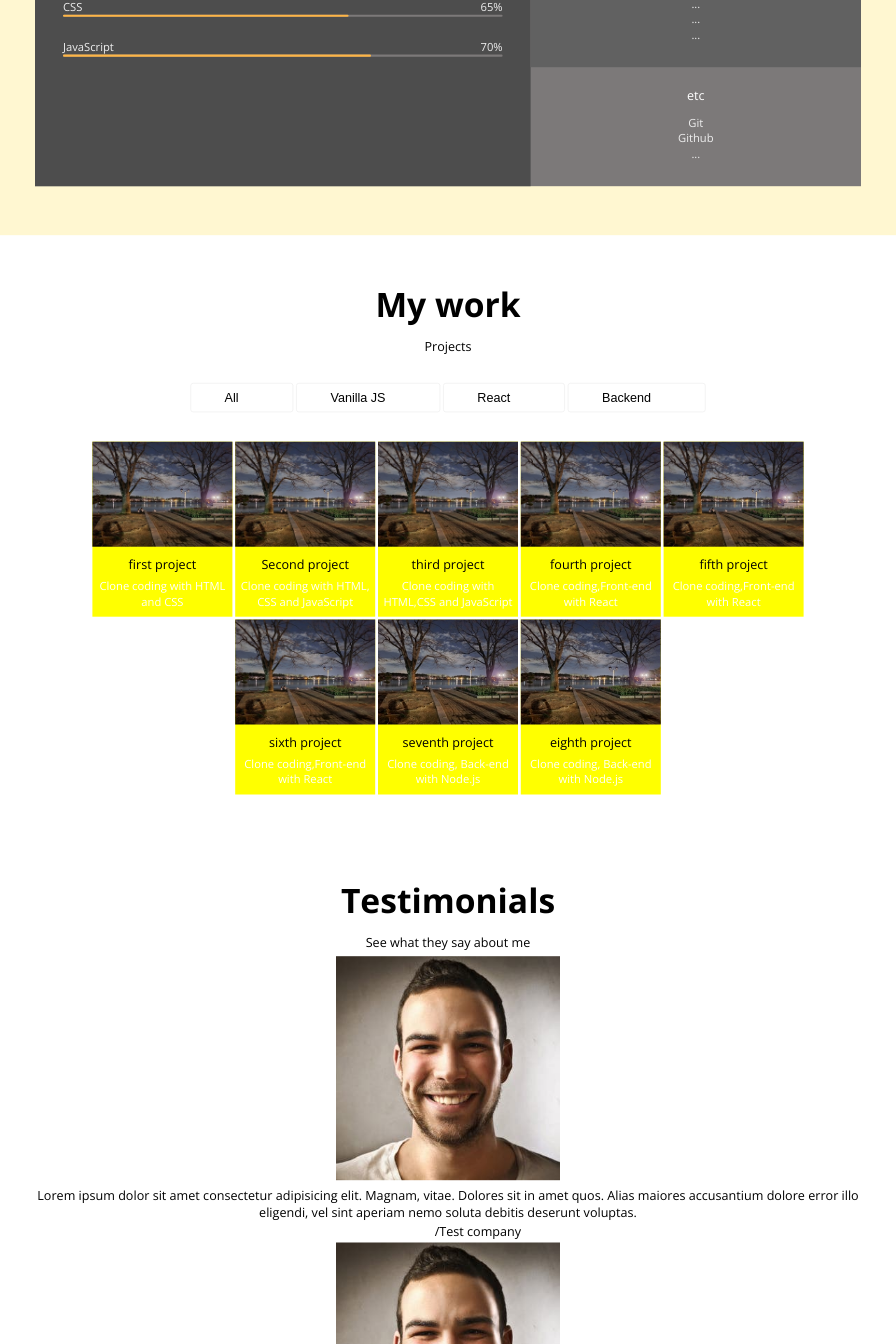
Repository: delphkim/portfolio
Page: index.html
These files come from the project's save history. The page is drawn as it stood at one moment and after the next save; the edit follows.
The browser window is 1280 px wide. The pictures show the part of the page from y = 1930 to 3850 px (the page is 4461 px tall), at 70% of full size.
Some web libraries are served in a nearby version.

Above is the page before, as saved 2021-08-04 15:37:19.

### index.html
<!DOCTYPE html>
<html lang="en">
  <head>
    <meta charset="UTF-8" />
    <meta http-equiv="X-UA-Compatible" content="IE=edge" />
    <meta name="viewport" content="width=device-width, initial-scale=1.0" />
    <title>DevelPhaba's Portfolio</title>
    <meta name="description" content="Portfolio for world-reknowned software engineer develPhaba"/>
    <meta name="author" content="develPhaba" />
    <link rel="icon" type="img/png" href="./imgs/favicon.png">
    <script src="https://kit.fontawesome.com/d2b892ca94.js" crossorigin="anonymous"></script>
    <link rel="preconnect" href="https://fonts.googleapis.com" />
    <link rel="preconnect" href="https://fonts.gstatic.com" crossorigin />
    <link href="https://fonts.googleapis.com/css2?family=Open+Sans:wght@400;600;700&display=swap" rel="stylesheet"/>
    <!-- CSS rules to specify families -->
    <!-- 1. font-family: 'Open Sans', sans-serif;  -->
    <link rel="stylesheet" href="./style.css">
    <script src="./main.js" defer></script>
  </head>
  <body>
    <!-- Navbar -->
    <nav id="navbar">
      <div class="navbar__logo">
        <img class="navbar__icon" src="./imgs/favicon.png" alt="logo">
        <a href="#">develPhaba</a>
      </div>

        <ul class="navbar__menu">
          <li class="navbar__menu__item active">Home</li>
          <li class="navbar__menu__item">About</li>
          <li class="navbar__menu__item">Skills</li>
          <li class="navbar__menu__item">My work</li>
          <li class="navbar__menu__item">Testimonials</li>
          <li class="navbar__menu__item">Contact</li>
        </ul>

    </nav>
    <!-- Home -->
    <section id="home">
      <img src="./imgs/home.jpg"
           alt="develPhabas' profile photo"
           class="home__avatar">
           <h1 class="home__title">Hello, <br>I'm develPhaba</br></h1>
           <h2 class="home__description">Front-end engineer, who wants to be a Full-stack engineer </h2>
           <button class="home__contact">Contact me</button>
    </section>
    <!-- About -->
    <section id="about" class="section section__container">
      <h1>About me</h1>
      <p>I've studied front-end skills.
        <br>After working as a front-end endgineer for several years,
        <br>I want to broaden my skill stack.
      </p>
      <div class="about__majors">
        <div class="major">
          <div class="major__icon">
            <i class="fab fa-html5"></i>
          </div>
          <h2 class="major__title">HTML</>
          <p class="major__description">HTML5</p>
        </div>
        <div class="major">
            <div class="major__icon">
              <i class="fab fa-css3-alt"></i>
            </div>
            <h2 class="major__title">CSS</h2>
            <p class="major__description">CSS3</p>
        </div>
        <div class="major">
          <div class="major__icon">
            <i class="fab fa-js"></i>
          </div>
          <h2 class="major__title">JavaScript</h2>
          <p class="major__description">ES5<br>ES6+</p>
        </div>
      </div>
      <div class="about__schools">
        <div class="school">
          <img src="./imgs/schools/dream-coding.png" alt="dream-coding" class="school__logo">
          <div class="school__description">
             <p class="school__title">Dream-coding Academy</p>
             <p class="school__years">2021.6~</p>
          </div>
        </div>
        <div class="school">
          <img src="./imgs/schools/inflearn.png" alt="inflearn" class="school__logo">
          <div class="school__description">
             <p class="school__title">Inflearn</p>
             <p class="school__years">2021.1~</p>
          </div>
        </div>
      </div>

    </section>
    <!-- Skills -->
     <section id="skills" class="section">
       <div class="section__container">
           <h1>Skills</h1>
  <h2>Skills & Attributes</h2>
  <p>
    Passion for learning new technologies. Capable of working with a team environment
    and independently. Ability to plan and time schedule, work under
    strict time pressure and adapt quickly when needed.
  </p>
  <div class="skillset">
    <div class="skillset__left">
      <h3 class="skillset__title">Skills</h3>
      <div class="skill">
        <div class="skill__description">
          <span>HTML</span>
          <span>60%</span>
        </div>
        <div class="skill__bar">
          <div class="skill__value" style="width: 60%"></div>
        </div>
      </div>
      <div class="skill">
        <div class="skill__description">
          <span>CSS</span>
          <span>65%</span>
        </div>
        <div class="skill__bar">
          <div class="skill__value" style="width: 65%"></div>
        </div>
      </div>
      <div class="skill">
        <div class="skill__description">
          <span>JavaScript</span>
          <span>70%</span>
        </div>
        <div class="skill__bar">
          <div class="skill__value" style="width: 70%"></div>
        </div>
      </div>
    </div>
    <div class="skillset__right">
      <div class="tools">
        <h3 class="skillset__title">tools</h3>
        <ul class="tools__list">
          <li><span>Visual Studio Code</span></li>
          <li><span>...</span></li>
          <li><span>...</span></li>
          <li><span>...</span></li>
          <li><span>...</span></li>
        </ul>
      </div>
      <div class="etc">
        <h3 class="skillset__title">etc</h3>
        <ul class="ect__list">
          <li><span>Git</span></li>
          <li><span>Github</span></li>
          <li><span>...</span></li>
        </ul>
      </div>
    </div>
  </div>
       </div>
    </section>
   <!-- Work -->
    <section id="work" class="section">
      <h1>My work</h1>
      <h3>Projects</h3>
      <div class="work__categories">
        <button class="category__btn">All <span class="category__count">8</span></button>
        <button class="category__btn">Vanilla JS <span class="category__count">3</span></button>
        <button class="category__btn">React <span class="category__count">3</span></button>
        <button class="category__btn">Backend <span class="category__count">2</span></button>
      </div>
      <div class="work__projects">
        <a href="https://github.com/develPhaba/test"
           class="project"
           target="blank">
           <img class="project__img" src="./imgs/projects/1.jpg" alt="one">
           <div class="project__description">
             <h3>first project</h3>
             <span>Clone coding with HTML and CSS</span>
           </div>
        </a>
        <a href="https://github.com/develPhaba/test"
           class="project"
           target="blank">
           <img class="project__img" src="./imgs/projects/2.jpg" alt="two">
           <div class="project__description">
            <h3>Second project</h3>
            <span>Clone coding with HTML, CSS and JavaScript</span>
          </div>
        </a>
        <a href="https://github.com/develPhaba/test"
           class="project"
           target="blank">
           <img class="project__img" src="./imgs/projects/3.jpg" alt="three">
           <div class="project__description">
            <h3>third project</h3>
            <span>Clone coding with HTML,CSS and JavaScript</span>
           </div>
        </a>
        <a href="https://github.com/develPhaba/test"
           class="project"
           target="blank">
          <img class="project__img" src="./imgs/projects/4.jpg" alt="four">
          <div class="project__description">
            <h3>fourth project</h3>
            <span>Clone coding,Front-end with React</span>
          </div>
        </a>
        <a href="https://github.com/develPhaba/test"
           class="project"
           target="blank">
          <img class="project__img" src="./imgs/projects/5.jpg" alt="five">
          <div class="project__description">
            <h3>fifth project</h3>
            <span>Clone coding,Front-end with React</span>
          </div>
        </a>
        <a href="https://github.com/develPhaba/test"
           class="project"
           target="blank">
          <img class="project__img" src="./imgs/projects/6.jpg" alt="six">
          <div class="project__description">
            <h3>sixth project</h3>
            <span>Clone coding,Front-end with React</span>
          </div>
        </a>
        <a href="https://github.com/develPhaba/test"
           class="project"
           target="blank">
           <img class="project__img" src="./imgs/projects/7.jpg" alt="seven">
           <div class="project__description">
            <h3>seventh project</h3>
            <span>Clone coding, Back-end with Node.js</span>
           </div>
        </a>
        <a href="https://github.com/develPhaba/test"
           class="project"
           target="blank">
           <img class="project__img" src="./imgs/projects/8.jpg" alt="eight">
           <div class="project__description">
            <h3>eighth project</h3>
            <span>Clone coding, Back-end with Node.js</span>
           </div>
        </a>
      </div>
    </section>
    <!-- Testimonials -->
    <section id="testimonials" class="section">
      <h1>Testimonials</h1>
      <h3>See what they say about me</h3>
      <div class="testimonials">
        <div class="testimonial">
          <img src="./imgs/testimonial/people1.jpg"
               alt="people"
               class="testimonial__avatar">
               <div class="testimonial__speech-bubble">
                 <p>Lorem ipsum dolor sit amet consectetur adipisicing elit. Magnam, vitae.
                   Dolores sit in amet quos. Alias maiores accusantium dolore error illo eligendi,
                   vel sint aperiam nemo soluta debitis deserunt voluptas.</p>
                   <p class="name"><a href="https://github.com/develPhaba/test">TestName</a>/Test company</p>
               </div>
        </div>
        <div class="testimonial">
          <img src="./imgs/testimonial/people2.jpg"
               alt="people"
               class="testimonial__avatar">
               <div class="testimonial__speech-bubble">
                <p>Lorem ipsum dolor sit amet consectetur adipisicing elit. Magnam, vitae.
                  Dolores sit in amet quos. Alias maiores accusantium dolore error illo eligendi,
                  vel sint aperiam nemo soluta debitis deserunt voluptas.</p>
                <p class="name"><a href="https://github.com/develPhaba/test">TestName2</a>/Test company2</p>
              </div>
        </div>
      </div>
    </section>
    <!-- Contact -->
    <section id="contact" class="section">
      <h1 class="contact__title">Let's talk</h1>
      <h2 class="contact__email">hgkim9201@gmail.com</h2>
      <div class="contact__links">
      <a href="https://github.com/develPhaba">
        <i class="fa fa-github"></i>
      </a>
      <a href="">
      <i class="fa fa-linkedin-square"></i>
      </a>
      </div>
      <p class="contact__rights">Dreaming-coding Ellie -All rights reserved</p>
    </section>
  </body>
</html>

### style.css
:root {
  /* Color */
  --color-white: #ffffff;
  --color-light-white: #eeeeee;
  --color-dark-white: #bdbdbd;
  --color-pink: #fe918d;
  --color-dark-pink: #ff6863;
  --color-dark-grey: #4d4d4d;
  --color-grey: #616161;
  --color-light-grey: #7c7979;
  --color-blue: #73aace;
  --color-yellow: #fff7d1;
  --color-orange: #feb546;
  --color-black: #000000;
  --color-green: #80deea;
  --color-light-green: #00e1ff;
  --color-sky-blue: #2979ff;
  --color-dark-blue: rgb(31, 94, 204);
  /* Font size */
  --font-large: 48px;
  --font-medium: 28px;
  --font-regular: 18px;
  --font-small: 16px;
  --font-micro: 14px;
  /* Font weight */
  --weight-bold: 700;
  --weight-semi-bold: 600;
  --weight-regular: 400;
  /* Size */
  --size-border-radius: 4px;
  /*Animation*/
  --animation-duration: 300ms;
}
/* Universal tags */
* {
  box-sizing: border-box;
}
body {
  font-family: "Open Sans", sans-serif;
  margin: 0;
  cursor: default;
}
a {
  text-decoration: none;
  color: var(--color-white);
}
ul {
  list-style: none;
  padding-left: 0;
}
h1 {
  font-size: var(--font-large);
  font-weight: var(--weight-bold);
  color: var(--color-black);
  margin: 16px 0;
}
h2 {
  font-size: var(--font-medium);
  font-weight: var(--weight-semi-bold);
  color: var(--color-black);
  margin: 8px 0;
}
h3 {
  font-size: var(--font-regular);
  font-weight: var(--weight-regular);
  color: var(--color-black);
  margin: 8px 0;
}
p {
  font-size: var(--font-regular);
  font-weight: var(--weight-regular);
  color: var(--color-black);
  margin: 4px 0;
}
button {
  background-color: transparent;
  cursor: pointer;
  border: none;
  outline: none;
}
/* Navbar */
#navbar {
  display: flex;
  justify-content: space-between;
  background-color: var(--color-sky-blue);
  align-items: center;
  color: var(--color-white);
  padding: 16px;
}
.navbar__logo {
  font-size: var(--font-medium);
  font-weight: var(--weight-semi-bold);
}
.navbar__icon {
  width: var(--font-medium);
  height: var(--font-medium);
}
.navbar__menu {
  display: flex;
}
.navbar__menu__item {
  padding: 8px 12px;
  margin: 0 4px;
  cursor: pointer;
  border-radius: var(--size-border-radius);
}
.navbar__menu__item:hover {
  background-color: var(--color-dark-blue);
}
.navbar__menu__item.active {
  border: 1px solid var(--color-white);
}
/*Home*/
#home {
  background: url(./imgs/homepage-background.png) center/cover no-repeat;
  padding: 40px;
  text-align: center;
}
.home__avatar {
  width: 250px;
  height: 250px;
  border-radius: 50%;
  border: 2px solid var(--color-light-white);
}
.home__title,
.home__description {
  color: var(--color-white);
}
.home__contact {
  color: var(--color-white);
  font-size: var(--font-regular);
  font-weight: var(--weight-bold);
  margin: 24px;
  padding: 8px 12px;
  border: 2px solid var(--color-white);
  border-radius: var(--size-border-radius);
}
/* Section common */
.section {
  text-align: center;
  padding: 50px;
  margin: auto;
}
.section__container {
  max-width: 1200px;
  margin: auto;
}
/* About me */
.about__majors {
  display: flex;
  justify-content: space-between;
  margin: 80px 0;
}
.major__icon {
  color: var(--color-dark-blue);
  font-size: 70px;
  width: 170px;
  height: 170px;
  line-height: 170px;
  margin: auto;
  border: 1px solid var(--color-blue);
  border-radius: 50%;
  margin-bottom: 16px;
}
.major__title,
.major__description {
  color: var(--color-dark-grey);
}
.major__description {
  font-size: var(--font-small);
}
.major__icon i {
  transition: all var(--animation-duration) ease;
}
.major__icon:hover i {
  transform: rotate(-30deg) scale(1.1);
  color: var(--color-dark-pink);
}
.school {
  display: flex;
  align-items: center;
}
.school__description {
  margin: 0 16px;
  text-align: left;
}
.school__title,
.school__years {
  color: var(--color-dark-grey);
}

.school__title {
  font-size: var(--font-small);
}
.school__years {
  font-size: var(--font-micro);
}
/* Skills */
#skills {
  background-color: var(--color-yellow);
}
.skillset {
  display: flex;
  background-color: var(--color-light-grey);
  color: var(--color-light-white);
  margin: 20px 0;
}
.skillset__title {
  color: var(--color-white);
}
.skillset__left {
  flex-basis: 60%;
  background-color: var(--color-dark-grey);
  padding: 20px 40px;
}
.skill__description {
  display: flex;
  justify-content: space-between;
}
.skillset__right {
  flex-basis: 40%;
}
.skill {
  margin-bottom: 32px;
}
.skill__bar {
  width: 100%;
  height: 3px;
  background-color: var(--color-light-grey);
  border-radius: var(--size-border-radius);
}
.skill__value {
  height: 3px;
  background-color: var(--color-orange);
  border-radius: var(--size-border-radius);
}
.tools {
  background-color: var(--color-grey);
}

.tools,
.etc {
  padding: 20px;
}

/* Work */
.work__categories {
  margin: 40px;
}
.category__btn {
  border: 1px solid var(--color-light-white);
  border-radius: var(--size-border-radius);
  font-size: var(--font-regular);
  padding: 8px 48px;
}
.category__btn.active,
.category__btn:hover {
  background-color: var(--color-sky-blue);
  color: var(--color-white);
}
.category__btn.active .category__count,
.category__btn:hover .category__count {
  opacity: 1;
  top: 0;
}
.category__count {
  border-radius: 50%;
  background-color: var(--color-light-green);
  color: var(--color-white);
  width: 24px;
  height: 24px;
  display: inline-block;
  line-height: 24px;
  position: relative;
  top: -20px;
  left: 4px;
  opacity: 0;
  transition: all var(--animation-duration) ease-in;
}

.work__projects {
  display: flex;
  flex-wrap: wrap;
  justify-content: center;
}
.project {
  width: 200px;
  height: 250px;
  margin: 2px;
  background-color: yellow;
}

.project__img {
  max-width: 100%;
  max-height: 100%;
}
.project__description {
  /* position: absolute; */
}

Loaded but not shown: main.js (no stored copy; drawn as an empty file)

After the next save:
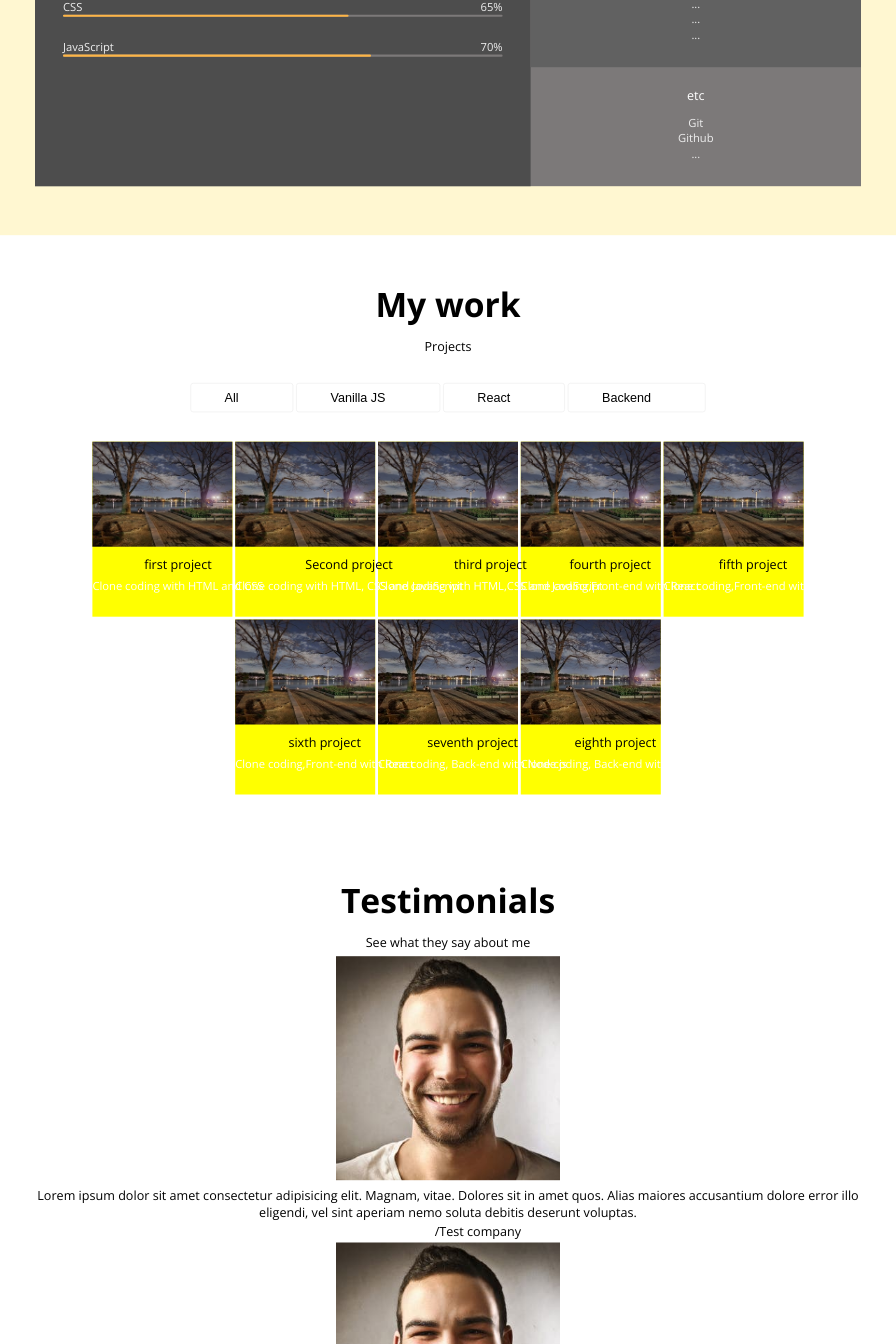
Saved 5 s later.
--- a/style.css
+++ b/style.css
@@ -295,5 +295,5 @@
   max-height: 100%;
 }
 .project__description {
-  /* position: absolute; */
-}
+  position: absolute;
+}

After the save that followed:
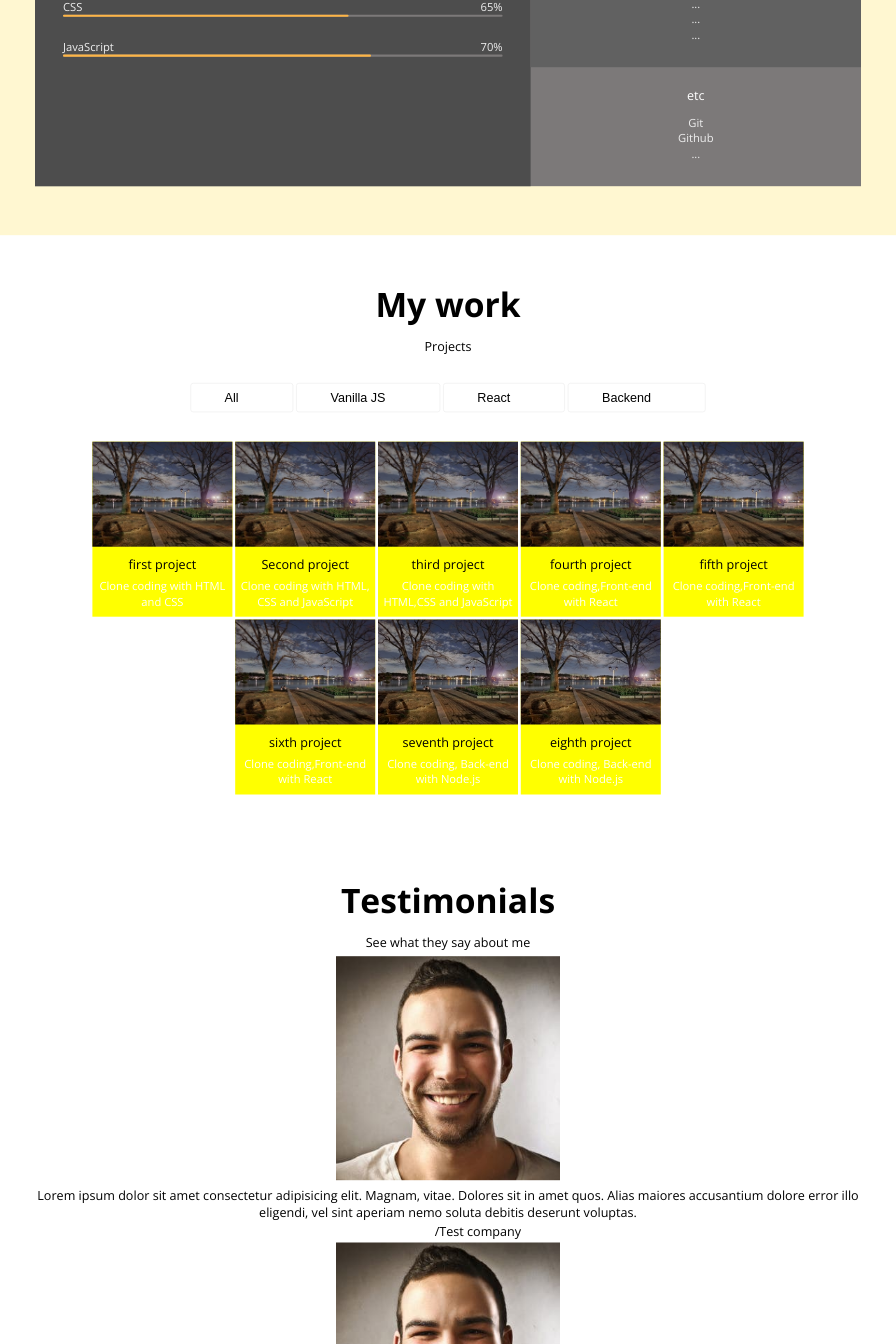
Saved 28 s later.
--- a/style.css
+++ b/style.css
@@ -288,6 +288,7 @@
   height: 250px;
   margin: 2px;
   background-color: yellow;
+  position: relative;
 }
 
 .project__img {
